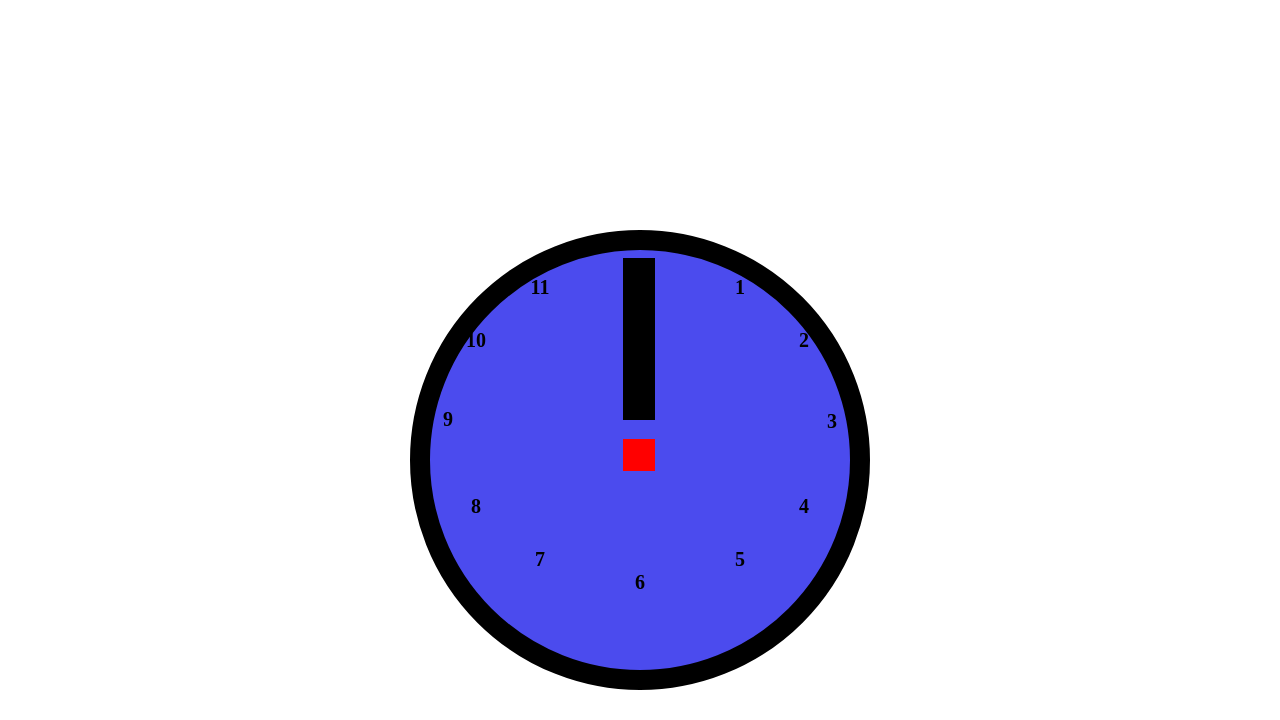
Repository: Eugene44-hub/Analog-clock
Page: index.html
The author's editor kept a copy of each file at every save. The page is drawn from the files as they stood at one save, then again after the next save.
The browser window is 1280 px wide. The pictures show the whole page.

Above is the page before, as saved 2021-09-04 15:41:41.

After the next save:
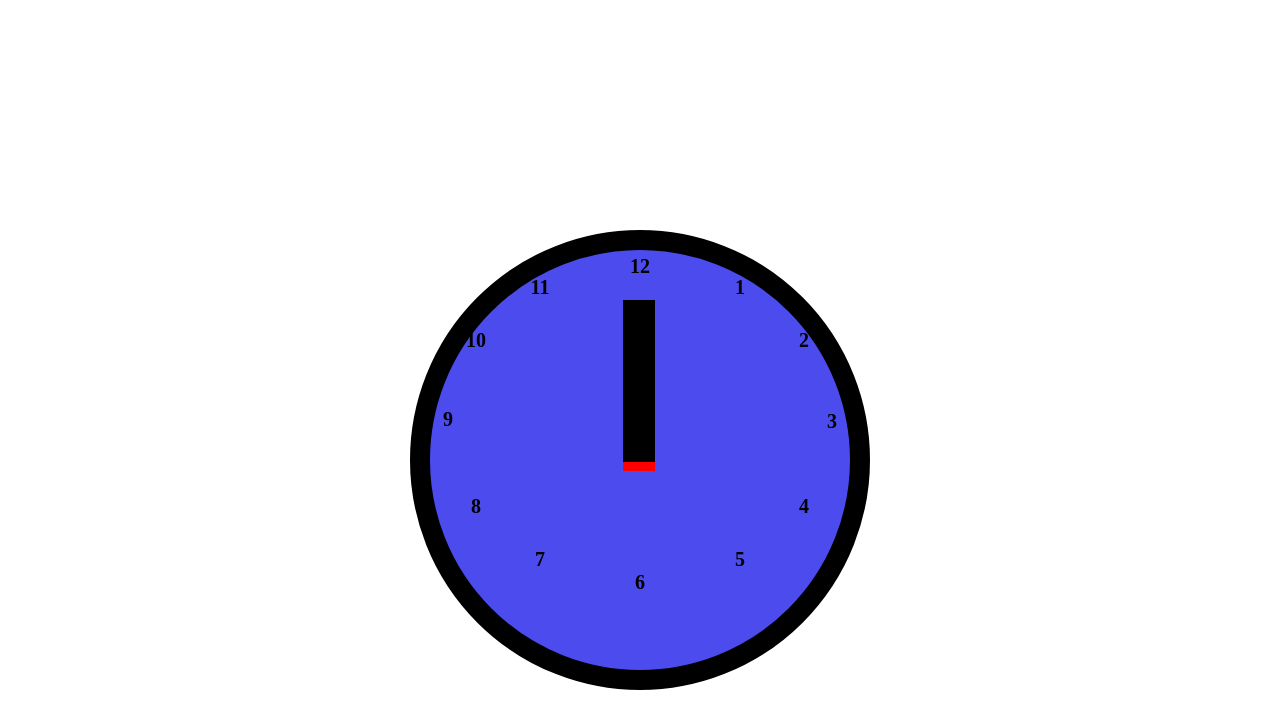
Saved 6 s later.
--- a/style.css
+++ b/style.css
@@ -32,7 +32,7 @@
 .minute {
     background-color: black;
     position: absolute;
-    top: 2%;
+    top: 12%;
     left: 46%;
     width: 32px;
     height: 162px;
